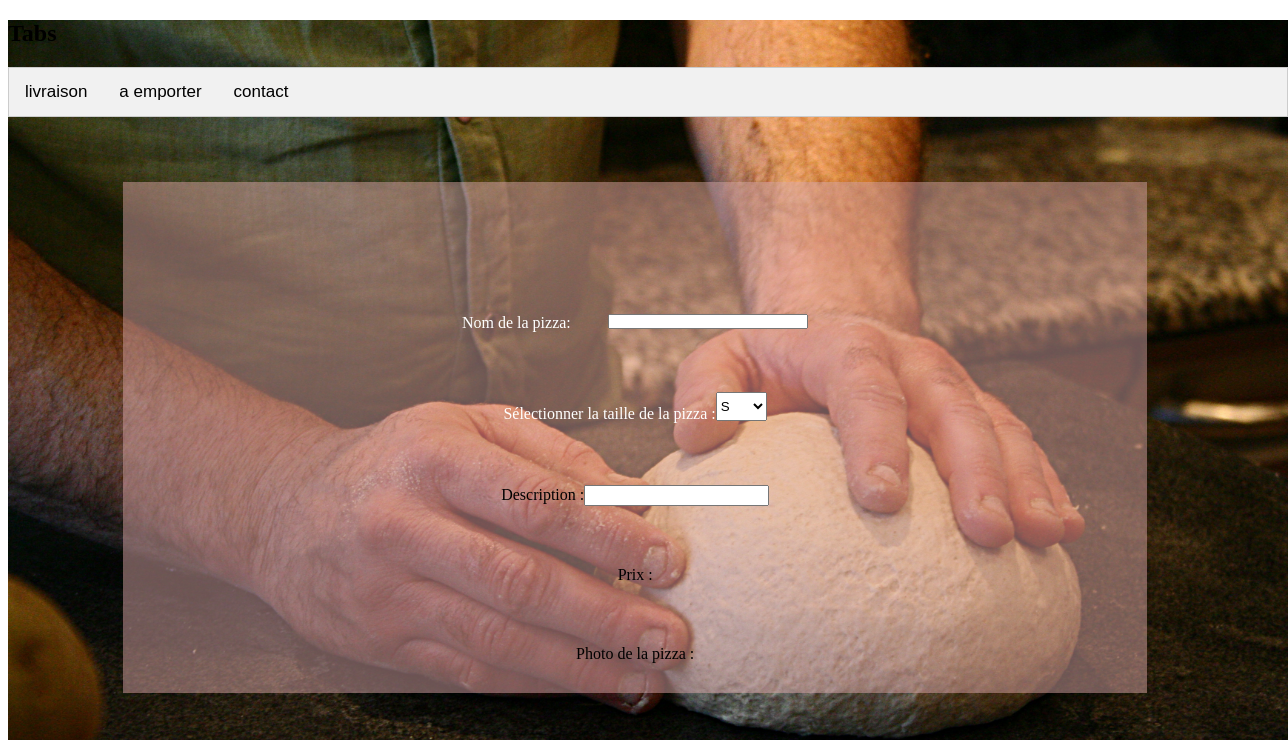
Repository: dev84-unalien/pippo_pizza
Page: admin.html
The author's editor kept a copy of each file at every save. The page is drawn from the files as they stood at one save, then again after the next save.
The browser window is 1280 px wide. The page is 1288 px wide, so the pictures cover 1288 px, including what lies to the right of the window. The pictures show the whole page.

Above is the page before, as saved 2019-09-10 12:20:04.

### admin.html
<!DOCTYPE html>
<html lang="en">

<head>
    <meta charset="UTF-8">
    <meta name="viewport" content="width=device-width, initial-scale=1.0">
    <meta http-equiv="X-UA-Compatible" content="ie=edge">
    <title>pizzaria pippo</title>
    <link rel="stylesheet" href="admin.css">
    <script src="jquery-3.4.1.min.js"></script>
    <script src="admin.js"></script>

</head>

<body>
    <div id=unos>
        <div id=commande>

            <h2>Tabs</h2>


            <div class="tab">
                <button class="tablinks" onclick="openCity(event, 'livraison')">livraison</button>
                <button class="tablinks" onclick="openCity(event, 'emporter')">a emporter</button>
                <button class="tablinks" onclick="openCity(event, 'contact')">contact</button>
            </div>

            <div id="livraison" class="tabcontent">
                <h3>livraison</h3>
            </div>

            <div id="emporter" class="tabcontent">
                <h3>emporter</h3>

            </div>

            <div id="contact" class="tabcontent">
            </div>
            </form>

         <div id="body">
            <div id="Gcadre">
                 <div id="Nom">Nom de la pizza:<input id="écriture"></input></div>
                  <div id="Taille">
                  <p>Sélectionner la taille de la pizza :</p>
                   <select >
                         <option value="S">S</option>
                         <option value="M">M</option>
                         <option value=">L">L</option>
                         <option value="XL">XL</option>
                         <option value="XXL">XXL</option>
                     </select>
                </div>
                <div id="Description">Description :<input id="écriture2"></input></div>
                <div id="Prix">Prix :</div>

                <div id="Image"> Photo de la pizza :</div>
            </div>

        </div>
    </div>
</body>

</html>

### admin.css
#unos {
  height: 100vh;
  width: 100vw;
  background-image: url("images/ajoutpizza.jpg");
  justify-content: cover;
  background-size: 100vw;
}
#body{
    width: 100vw;
    height: 80vh;
    display: flex;
  flex-direction: column;
  justify-content: center;
  align-content: center;
}
#Gcadre {
  display: flex;
  flex-direction: column;
  justify-content: space-around;
  align-items: center;
  width: 80vw;
  height: 80vh;
  background-color: rgba(216, 166, 166, 0.5);
  margin-left: 9vw;
  margin-top:9vh;
}

#Nom {
  display: flex;
  justify-content: space-around;
  color: white;
  margin-top: 8vw;
  width: 30vw;
  height:2vh;
}
#écriture{
  width:15vw;
}

#Taille {
  display: flex;
  justify-content: center;
  align-content: center;
  width: 80vw;
  height: 5vh;
}
select {
  width: 4vw;
  height: 4vh;
  margin-top: 0.5vh;
}
#ecriture2{
  width:25vw;
  height:20vh;
}
#description{
  display: flex;
  justify-content: space-around;
}
p {
  color: white;
}

#formulaire {
  height: 50%;
  width: 50%;
  background-color: aliceblue;
}

#livraison {
  background-color: aquamarine;
}

#emporter {
  background-color: beige;
}
#contact {
  background-color: powderblue;
}

.tab {
  overflow: hidden;
  border: 1px solid #ccc;
  background-color: #f1f1f1;
}

/* Style the buttons inside the tab */

.tab button {
  background-color: inherit;
  float: left;
  border: none;
  outline: none;
  cursor: pointer;
  padding: 14px 16px;
  transition: 0.3s;
  font-size: 17px;
}

/* Change background color of buttons on hover */

.tab button:hover {
  background-color: red;
}

/* Create an active/current tablink class */

.tab button.active {
  background-color: red;
}

/* Style the tab content */

.tabcontent {
  display: none;
  padding: 6px 12px;
  border: 1px solid red;
  border-top: none;
}

Loaded but not shown: jquery-3.4.1.min.js (library); admin.js (no copy from this time; the picture is the same without it)

After the next save:
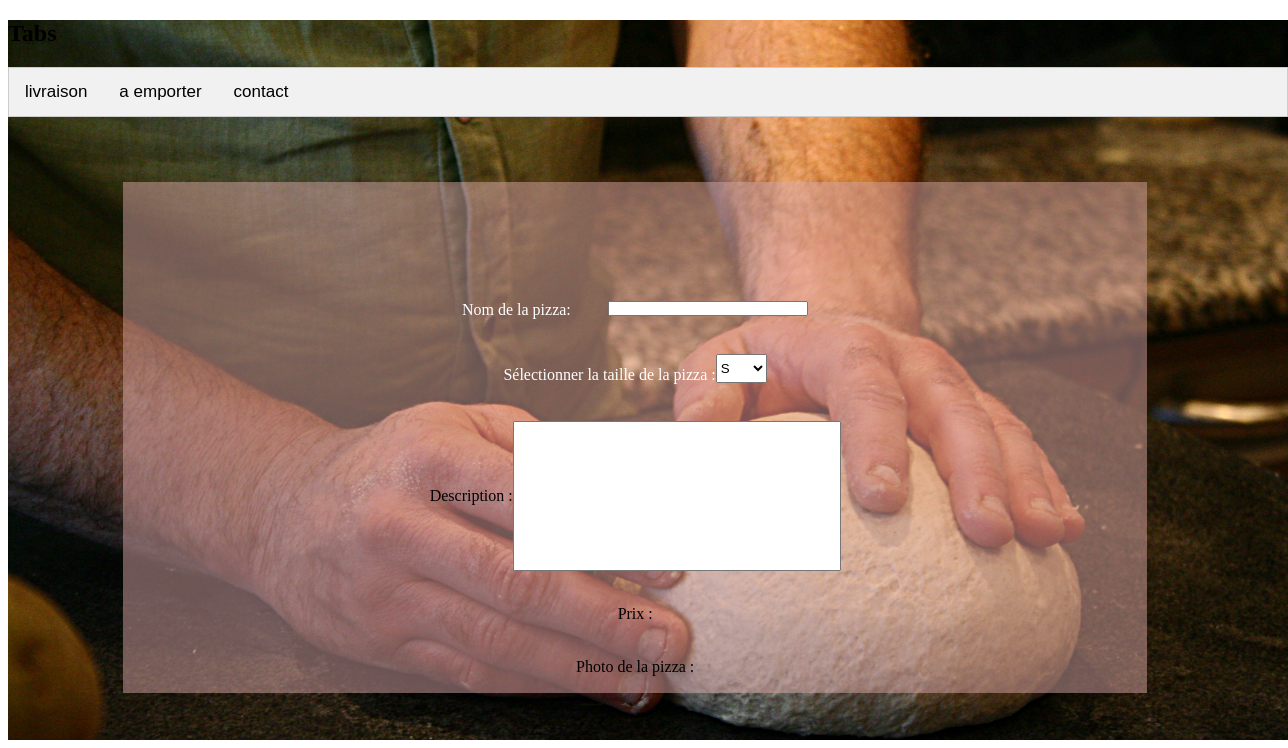
Saved 49 s later.
--- a/admin.css
+++ b/admin.css
@@ -49,7 +49,7 @@ select {
   height: 4vh;
   margin-top: 0.5vh;
 }
-#ecriture2{
+#écriture2{
   width:25vw;
   height:20vh;
 }
